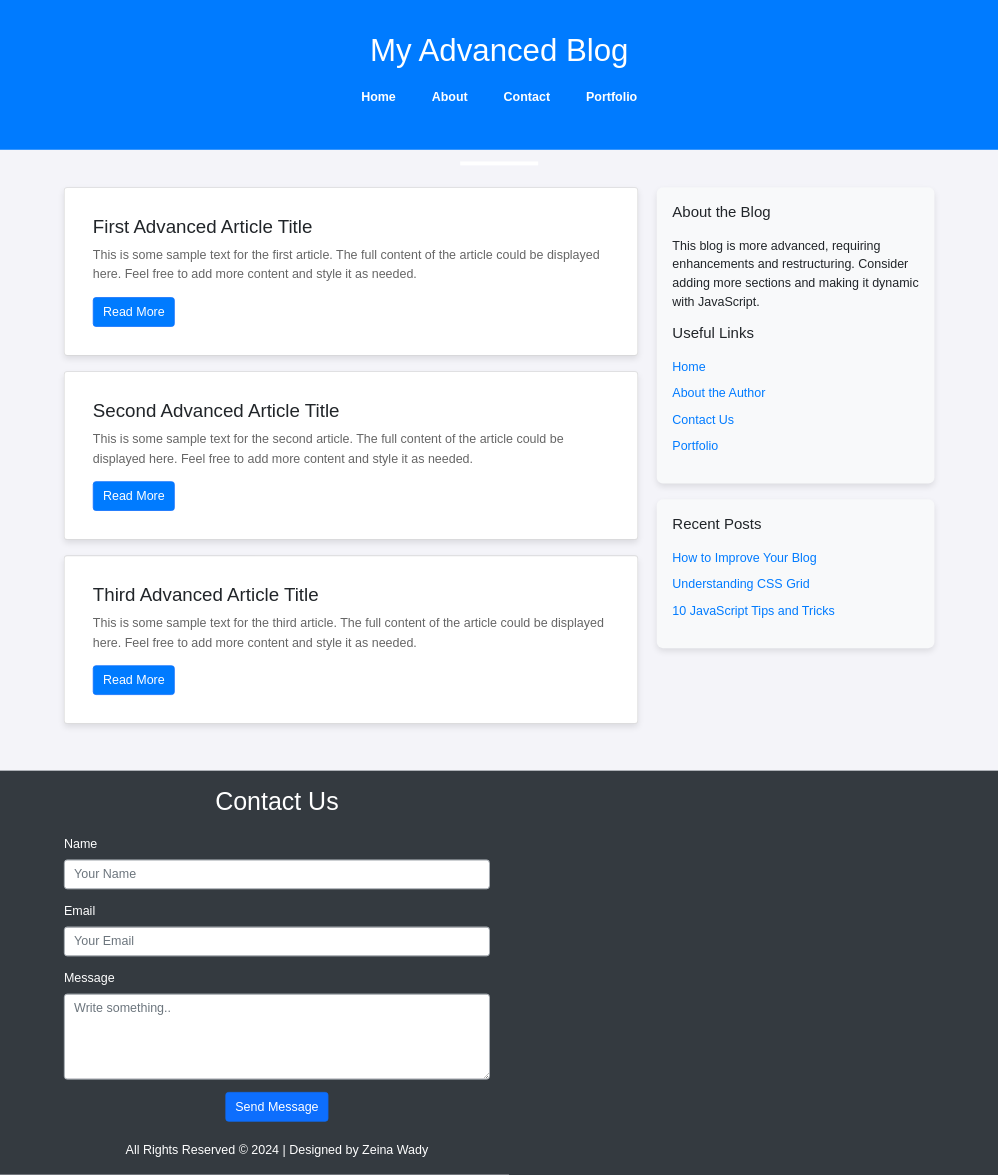
Repository: zeinawady/Blog-Code-Refactoring
Page: index.html
These files come from the project's save history. The page is drawn as it stood at one moment and after the next save; the edit follows.
The browser window is 1280 px wide. The pictures show the whole page, at 78% of full size.
Some web libraries are served in a nearby version.

Above is the page before, as saved 2024-09-23 16:06:55.

### index.html
<!DOCTYPE html>
<html lang="en">
  <head>
    <meta charset="UTF-8" />
    <meta name="viewport" content="width=device-width, initial-scale=1.0" />
    <title>My Advanced Blog</title>

    <link
      href="https://cdn.jsdelivr.net/npm/bootstrap@5.1.3/dist/css/bootstrap.min.css"
      rel="stylesheet"
    />
    <link rel="stylesheet" href="https://cdnjs.cloudflare.com/ajax/libs/font-awesome/6.6.0/css/all.min.css" integrity="sha512-Kc323vGBEqzTmouAECnVceyQqyqdsSiqLQISBL29aUW4U/M7pSPA/gEUZQqv1cwx4OnYxTxve5UMg5GT6L4JJg==" crossorigin="anonymous" referrerpolicy="no-referrer" />
    <link rel="stylesheet" href="style.css">
  </head>
  <body>

    <header>
      <h1 class="text-center text-white">My Advanced Blog</h1>
      <nav class="navbar navbar-expand-lg bg-body-tertiary">
        <div class="container">
          <button class="navbar-toggler ms-auto" type="button" data-bs-toggle="collapse" data-bs-target="#navbarNavAltMarkup" aria-controls="navbarNavAltMarkup" aria-expanded="false" aria-label="Toggle navigation">
            <span class="navbar-toggler-icon text-white"><i class="fas fa-bars"></i></span>
          </button>
          <div class="collapse navbar-collapse justify-content-center" id="navbarNavAltMarkup">
            <div class="navbar-nav">
              <a class="nav-link active text-white" aria-current="page" href="#">Home</a>
              <a class="nav-link text-white" href="#">About</a>
              <a class="nav-link text-white" href="#">Contact</a>
              <a class="nav-link text-white" href="#">Portfolio</a>
            </div>
          </div>
        </div>
      </nav>

    </header>
    <a href="#" onclick="toTop()" class="scroll-to-top" id="scrollToTopBtn"><i class="fa-solid fa-circle-up fa-bounce" style="color: #007bff;"></i></a>

    <div class="container mt-5">
      <div class="row">
        <div class="col-lg-8">

          <article class="card">
            <div class="card-body">
            <h2 class="card-title">First Advanced Article Title</h2>
            <p class="card-text">
              This is some sample text for the first article. The full content
              of the article could be displayed here. Feel free to add more
              content and style it as needed.
            </p>
            <button class="btn btn-primary">Read More</button>
         </div>
        </article>

        <article class="card">
          <div class="card-body">
          <h2 class="card-title">Second Advanced Article Title</h2>
          <p class="card-text">
            This is some sample text for the second article. The full content
            of the article could be displayed here. Feel free to add more
            content and style it as needed.
          </p>
          <button class="btn btn-primary">Read More</button>
       </div>
      </article>

      <article class="card">
        <div class="card-body">
        <h2 class="card-title">Third Advanced Article Title</h2>
        <p class="card-text">
          This is some sample text for the third article. The full content
          of the article could be displayed here. Feel free to add more
          content and style it as needed.
        </p>
        <button class="btn btn-primary">Read More</button>
     </div>
    </article>
        </div>

        <div class="col-md-4">
          <aside>
            <h3>About the Blog</h3>
            <p>
              This blog is more advanced, requiring enhancements and
              restructuring. Consider adding more sections and making it dynamic
              with JavaScript.
            </p>
            <h3>Useful Links</h3>
            <ul>
              <li><a href="#">Home</a></li>
              <li><a href="#">About the Author</a></li>
              <li><a href="#">Contact Us</a></li>
              <li><a href="#">Portfolio</a></li>
            </ul>
          </aside>
          <aside>
            <h3>Recent Posts</h3>
            <ul>
              <li><a href="#">How to Improve Your Blog</a></li>
              <li><a href="#">Understanding CSS Grid</a></li>
              <li><a href="#">10 JavaScript Tips and Tricks</a></li>
            </ul>
          </aside>
        </div>
      </div>
    </div>

    <footer class="text-white">
      <div class="container">
        <div class="row">
          <div class="col-md-6">
            <h2 class="text-center mb-4">Contact Us</h2>
            <form action="#" method="POST" class="contact-form">
              <div class="mb-3">
                <label for="name" class="form-label">Name</label>
                <input type="text" class="form-control" id="name" name="name" placeholder="Your Name" required />
              </div>
              <div class="mb-3">
                <label for="email" class="form-label">Email</label>
                <input type="email" class="form-control" id="email" name="email" placeholder="Your Email" required />
              </div>
              <div class="mb-3">
                <label for="message" class="form-label">Message</label>
                <textarea class="form-control" id="message" name="message" rows="4" placeholder="Write something.." required></textarea>
              </div>
              <div class="text-center">
                <button type="submit" class="btn btn-primary">Send Message</button>
              </div>
            </form>
            <p class="text-white text-center m-0 mt-4">All Rights Reserved © 2024 | Designed by Zeina Wady</p>
          </div>
        </div>
      </div>
    </footer>

    <script src="https://cdn.jsdelivr.net/npm/bootstrap@5.1.3/dist/js/bootstrap.bundle.min.js"></script>
  <script src="script.js"></script>
  </body>
</html>

### style.css
body {
    font-family: Arial, sans-serif;
    background-color: #f4f4f9;
  }
html{
    scroll-behavior: smooth;
}
  :root{
    --main-color:#007bff;
  }
  a{
    text-decoration: none;
  }
  header {
    background-color: var(--main-color);
    padding: 40px 0;
    position: relative;
  }
  header::after {
    content: "";
    position: absolute;
    bottom: -20px;
    left: 50%;
    transform: translateX(-50%);
    width: 100px;
    height: 5px;
    background-color:white;
  }
 .scroll-to-top{
    position: fixed;
    bottom: 70px;
    right: 30px;
    font-size: 35px;
    cursor: pointer;
    display: none;
 }
  nav a {
    margin: 0 15px;
    font-weight: bold;
    transition: 0.3s;
  }
  nav a:hover {
    text-decoration: underline;
  }
  article{
    /* border: 1px solid #ddd; */
    margin-bottom: 20px;
    padding: 20px;
    box-shadow: 0 4px 8px rgba(0, 0, 0, 0.1);
    transition: transform 0.3s ease, box-shadow 0.3s ease;
  }
  article:hover {
    transform: translateY(-5px);
    box-shadow: 0 8px 16px rgba(0, 0, 0, 0.2);
  }
  article h2 {
    font-size: 1.5rem;
  }
  article p {
    color: #666;
    line-height: 1.6;
  }
  article .btn-primary {
    background-color:var(--main-color);

  }

  aside {
    background-color: #f8f9fa;
    padding: 20px;
    border-radius: 8px;
    box-shadow: 0 4px 8px rgba(0, 0, 0, 0.1);
    margin-bottom: 20px;
  }
  aside h3 {
    margin-bottom: 20px;
    font-size: 1.2rem;
  }
  aside ul {
    list-style-type: none;
    padding-left: 0;
  }
  aside ul li {
    margin-bottom: 10px;
  }
  aside ul li a {
    color: var(--main-color);
  }
  aside ul li a:hover {
    text-decoration: underline;
  }
  footer {
    background-color: #343a40;
    padding: 20px;
    margin-top: 40px;
  }

### script.js
let scrollToTopBtn =document.getElementById('scrollToTopBtn');

window.onscroll= function(){
    if(document.body.scrollTop>100 || document.documentElement.scrollTop>100){
        scrollToTopBtn.style.display="block";
    }
    else{
        scrollToTopBtn.style.display="none";
    }
}

function toTop(){
    document.body.scrollTop=0;
}

After the next save:
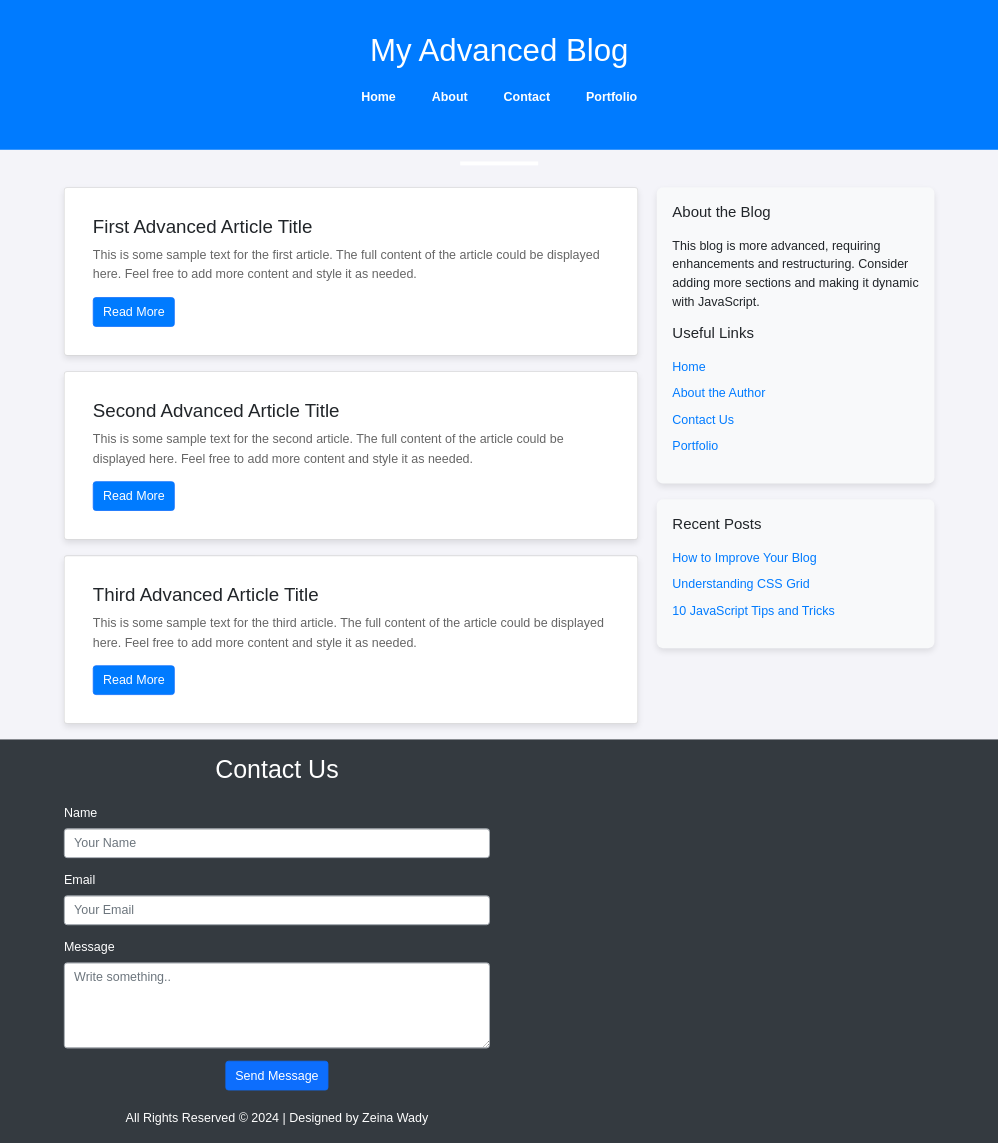
Saved 4 s later.
--- a/index.html
+++ b/index.html
@@ -104,7 +104,7 @@
       </div>
     </div>
 
-    <footer class="text-white">
+    <footer class="text-white m-auto">
       <div class="container">
         <div class="row">
           <div class="col-md-6">

After the 2 saves that followed:
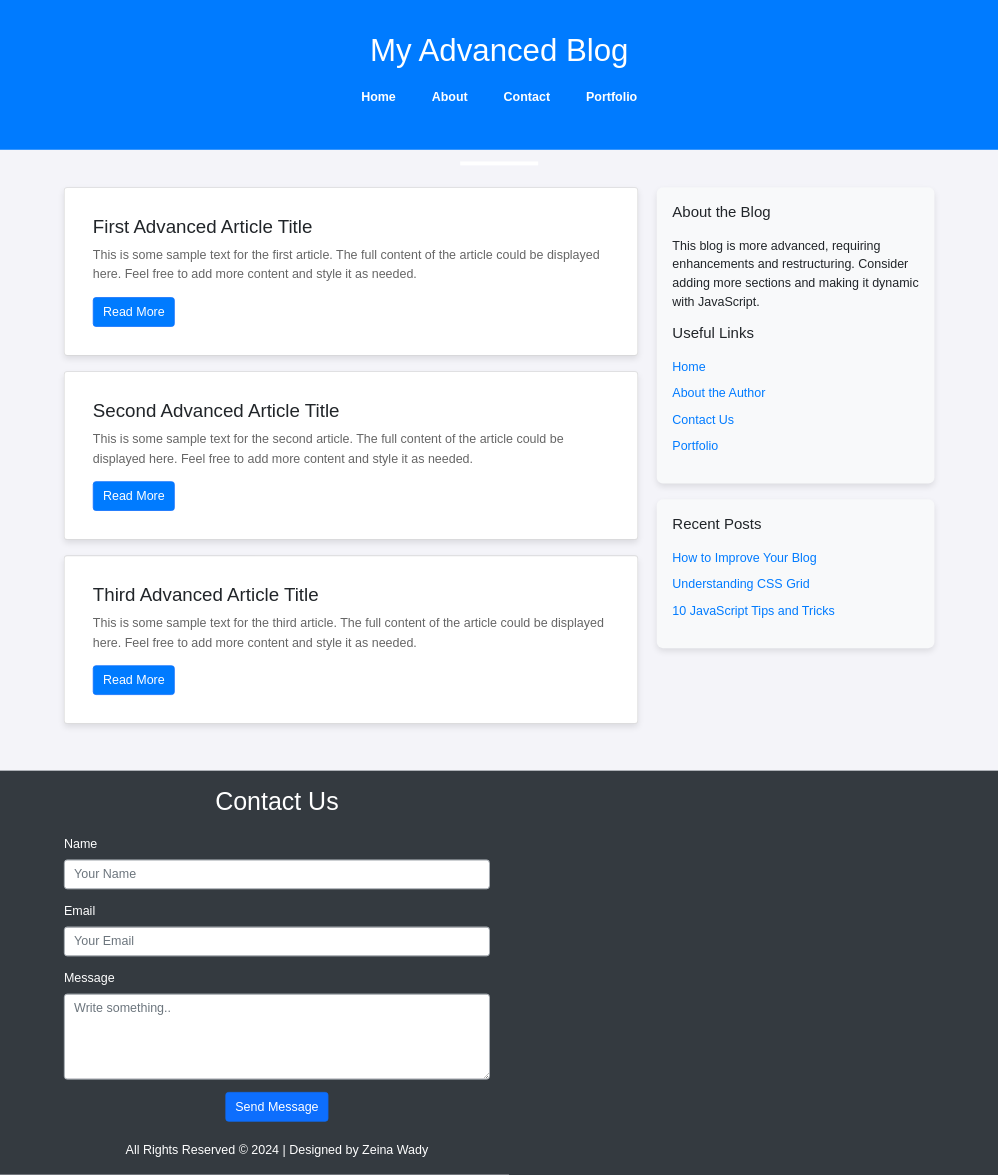
The 2 saves are shown as one change because they came seconds apart.
The last was saved 26 s later.
--- a/index.html
+++ b/index.html
@@ -104,7 +104,7 @@
       </div>
     </div>
 
-    <footer class="text-white m-auto">
+    <footer class="text-white tex-center">
       <div class="container">
         <div class="row">
           <div class="col-md-6">
